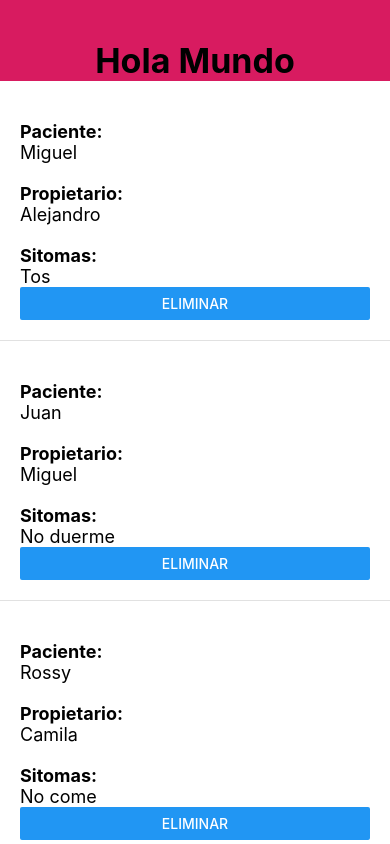
Repository: AleMicky/citas
Screen: /
An editor plug-in stored every save of this project. The screen is shown before and after the next save, followed by the edit.
An inner scrolling area shows only its first screen. The app was drawn by React Native's web renderer in a window 390 px wide. The project was rebuilt for these pictures with package versions that can differ from the ones it lists, and the page was loaded fresh each time.

Above is the screen before, as saved 2020-06-27 00:32:27.

After the next save:
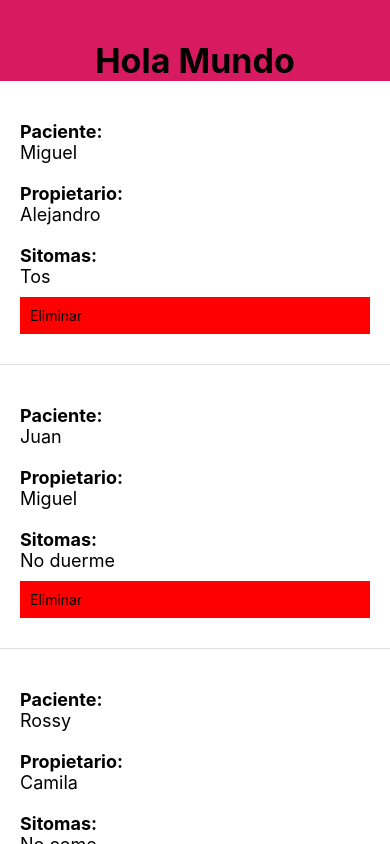
Saved 2 min 57 s later.
--- a/src/components/Cita.js
+++ b/src/components/Cita.js
@@ -1,5 +1,5 @@
 import React from 'react';
-import { Text, StyleSheet, View, Button } from 'react-native';
+import { Text, StyleSheet, View, TouchableOpacity } from 'react-native';
 
 const Cita = ({ item }) => {
 
@@ -18,7 +18,11 @@ const Cita = ({ item }) => {
                 <Text style={styles.lebel}>Sitomas: </Text>
                 <Text style={styles.texto}>{sitomas}</Text>
             </View>
-            <Button title = 'Eliminar'/>
+            <View>
+                <TouchableOpacity style={styles.butonEliminar}>
+                        <Text>Eliminar</Text>
+                </TouchableOpacity>
+            </View>
         </View>
     );
 }
@@ -38,6 +42,11 @@ const styles = StyleSheet.create({
     },
     texto:{
         fontSize:18,
+    },
+    butonEliminar:{
+        padding:10,
+        backgroundColor:'red',
+        marginVertical:10
     }
 })
 export default Cita;
